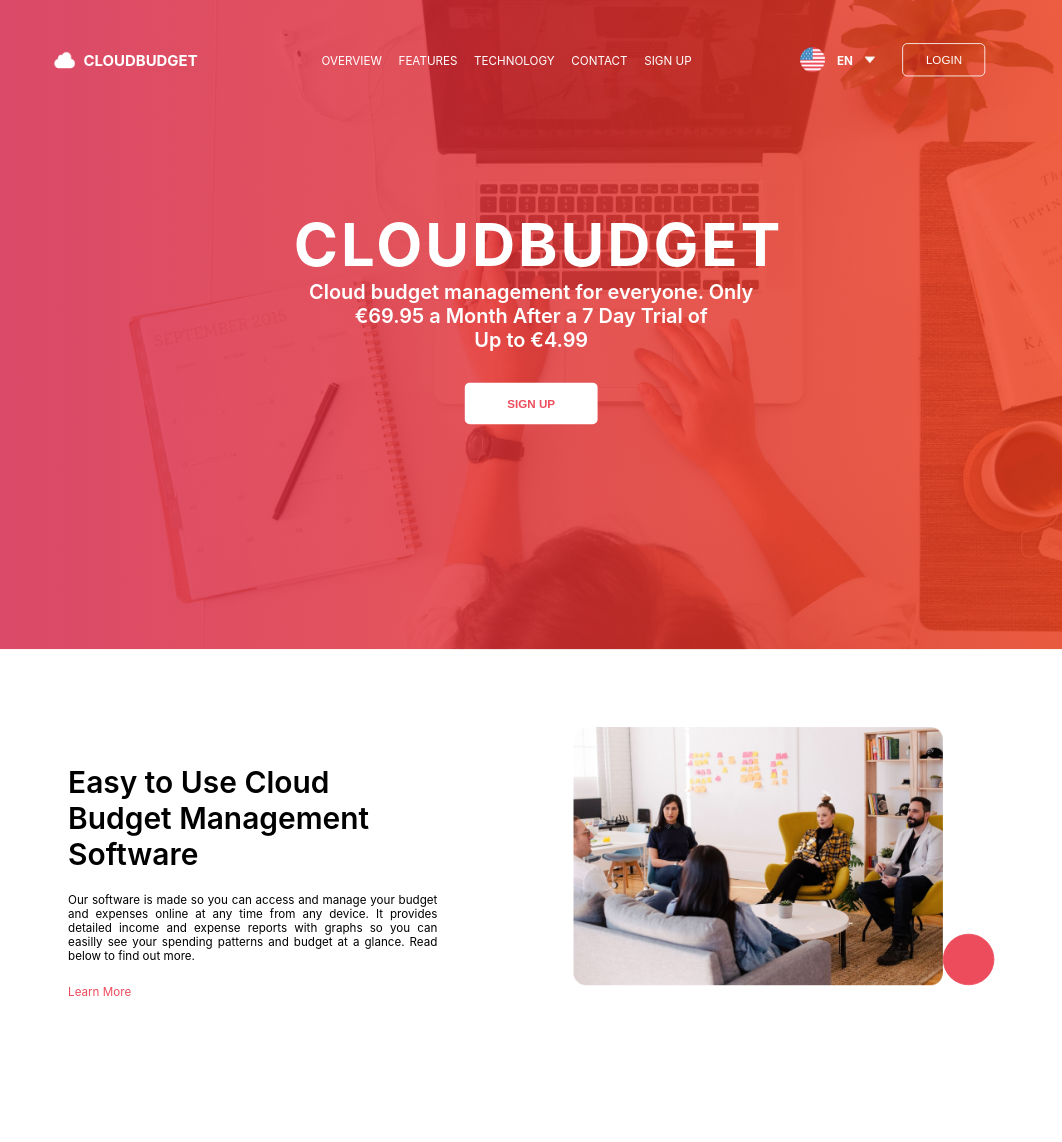
Repository: Ola-22/cloudBudget
Page: /
These files come from the project's save history. The page is drawn as it stood at one moment and after the next save; the edit follows.
The browser window is 1280 px wide. The pictures show the whole page, at 83% of full size.
The project was rebuilt for these pictures with package versions that can differ from the ones it lists, and the page was loaded fresh each time.

Above is the page before, as saved 2021-09-12 20:15:57.

### src/App.js
import "./App.css";
// import Navbar from "./components/Navbar";
// import MainContent from "./components/MainContent";
// import VideoSection from "./components/VideoSection";
import { Navbar, MainContent, VideoSection } from "./components/component-path";

function App() {
  return (
    <div className="App">
      <div
        className="app-main"
        style={{
          backgroundImage:
            "linear-gradient(90deg, rgba(213, 32, 71, 0.8) 0%, rgba(238, 61, 27, 0.8) 100%),url(/images/bg.png)",
          height: "782px",
        }}
      >
        <Navbar />
        <MainContent />
      </div>
      <VideoSection />
    </div>
  );
}

export default App;

### src/App.css
*{
  margin: 0;
  padding: 0;
  box-sizing: border-box;
}

.app-main{
  /* height: 782px; */
  background-position: center;
  background-repeat: no-repeat;
  background-size: cover;
  position: relative;
}

### src/Components/component-path.js
export { default as Navbar } from "./Navbar";
export { default as MainContent } from "./MainContent";
export { default as VideoSection } from "./VideoSection";
// export { default as MainContent } from "./";

### src/Components/Navbar/index.jsx
import "./style.scss";
import { Link, BrowserRouter as Router } from "react-router-dom";

function Navbar() {
  return (
    <div className="nav-main">
      <div className="nav-box">
        <img src="/images/Vector.png" alt="" />
        <h3>CLOUDBUDGET</h3>
      </div>
      <Router>
        <nav>
          <Link to="/">overview</Link>
          <Link to="/">features</Link>
          <Link to="/">technology</Link>
          <Link to="/">contact</Link>
          <Link to="/">sign up</Link>
        </nav>
      </Router>
      <div style={{ display: "flex", cursor: "pointer" }}>
        <div className="flag-box">
          <img src="/images/flag.png" alt="" />
          <h4>EN</h4>
          <img src="/images/vector2.png" alt="" />
        </div>
        <button>Login</button>
      </div>
    </div>
  );
}

export default Navbar;

### src/Components/MainContent/index.jsx
import "./style.css";

export default function MainContent() {
  return (
    <div className="main-content">
      <h1>CloudBudget</h1>
      <p>
        Cloud budget management for everyone. Only €69.95 a Month After a 7 Day
        Trial of
        <br /> Up to €4.99
      </p>
      <button>sign up</button>
    </div>
  );
}

### src/Components/VideoSection/index.jsx
import "./style.scss";

export default function VideoSection() {
  return (
    <div className="videoMain">
      <div className="video-content">
        <h2>Easy to Use Cloud Budget Management Software</h2>
        <p>
          Our software is made so you can access and manage your budget and
          expenses online at any time from any device. It provides detailed
          income and expense reports with graphs so you can easilly see your
          spending patterns and budget at a glance. Read below to find out more.
        </p>
        <a href="#">Learn More</a>
      </div>
      <div>
        <img src="/images/Video_bg.png" alt="" />
        <img src="/images/play.png" alt="" />
      </div>
    </div>
  );
}

### src/Components/Navbar/style.scss
@import "../../styles/variables.scss";

.nav-main{
  display: flex;
  align-items: center;
  justify-content: space-around;
  padding-top: 52px;
  & >nav{
    display: flex;
    & >a {
      margin-left: 20px;
      text-transform: uppercase;
      color: $whiteColor;
      font-size: 14px;
      text-decoration: none;
    }
  }

  & button{
    width: 100px;
    height: 40px;
    background-color: transparent;
    border-radius: 6px;
    border: 1px solid $whiteColor;
    font-size: 14px;
    text-transform: uppercase;
    color: $whiteColor;
    margin-inline-start: 28.81px;
    margin-inline-end: 28px;
  }
}

.nav-box{
  display: flex;
  // margin-left: 5%;
  & > h3{
    font-size: 18px;
    margin-left: 9.9px;
    color: white;
  }
}

.flag-box{
  display: flex;
  align-items: center;
  width: 96px;
  & > h4{
    font-size: 14px;
    color: $whiteColor;
    margin-inline-start: 13.81px;
    margin-inline-end: 13.81px;
  }
}

### src/Components/MainContent/style.css
.main-content {
  display: -webkit-box;
  display: -ms-flexbox;
  display: flex;
  -webkit-box-align: center;
      -ms-flex-align: center;
          align-items: center;
  -webkit-box-orient: vertical;
  -webkit-box-direction: normal;
      -ms-flex-direction: column;
          flex-direction: column;
  color: #ffffff;
  margin-top: 158px;
}

.main-content > h1 {
  font-size: 72px;
  text-transform: uppercase;
  margin-left: 18px;
  letter-spacing: 0.05em;
}

.main-content > p {
  font-size: 24px;
  width: 540px;
  height: 124px;
  font-weight: 600;
  overflow-wrap: break-word;
  text-align: center;
  margin: 0;
}

.main-content > button {
  background-color: #ffffff;
  border-radius: 6px;
  width: 160px;
  height: 50px;
  font-size: 14px;
  text-transform: uppercase;
  color: #ED4C5C;
  border: none;
  font-weight: 600;
  cursor: pointer;
}
/*# sourceMappingURL=style.css.map */

### src/Components/VideoSection/style.scss
@import "../../styles/variables.scss";

.videoMain{
  display: flex;
  justify-content: space-around;
  margin-top: 94px;
  height: 500px;

  & > div:last-of-type{
    position: relative;
    & img:last-of-type{
      border: 1px solid $btnColor;
      background-color: $btnColor;
      border-radius: 50%;
      padding: 30px;
      width: 18px;
    }
  }
}

.video-content{
  width: 445px;
  & > h2{
    font-size: 36px;
    line-height: 43px;
    margin-top: 46px;
    font-weight: 600;
  }
  & > p{
    font-size: 14px;
    text-align: justify;
    margin: 24px 0;
  }
  & > a{
    color: $btnColor;
    font-size: 14px;
    text-decoration: none;
  }
}

### src/styles/variables.scss
$whiteColor: #ffffff;
$blackColor: #000000;
$orangeColor: #EE3D1B;
$pinkColor: #D52047;
$btnColor: #ED4C5C;

Loaded but not shown: public/index.html (common file); src/index.js (common file); src/index.css (common file); src/reportWebVitals.js (common file)

After the next save:
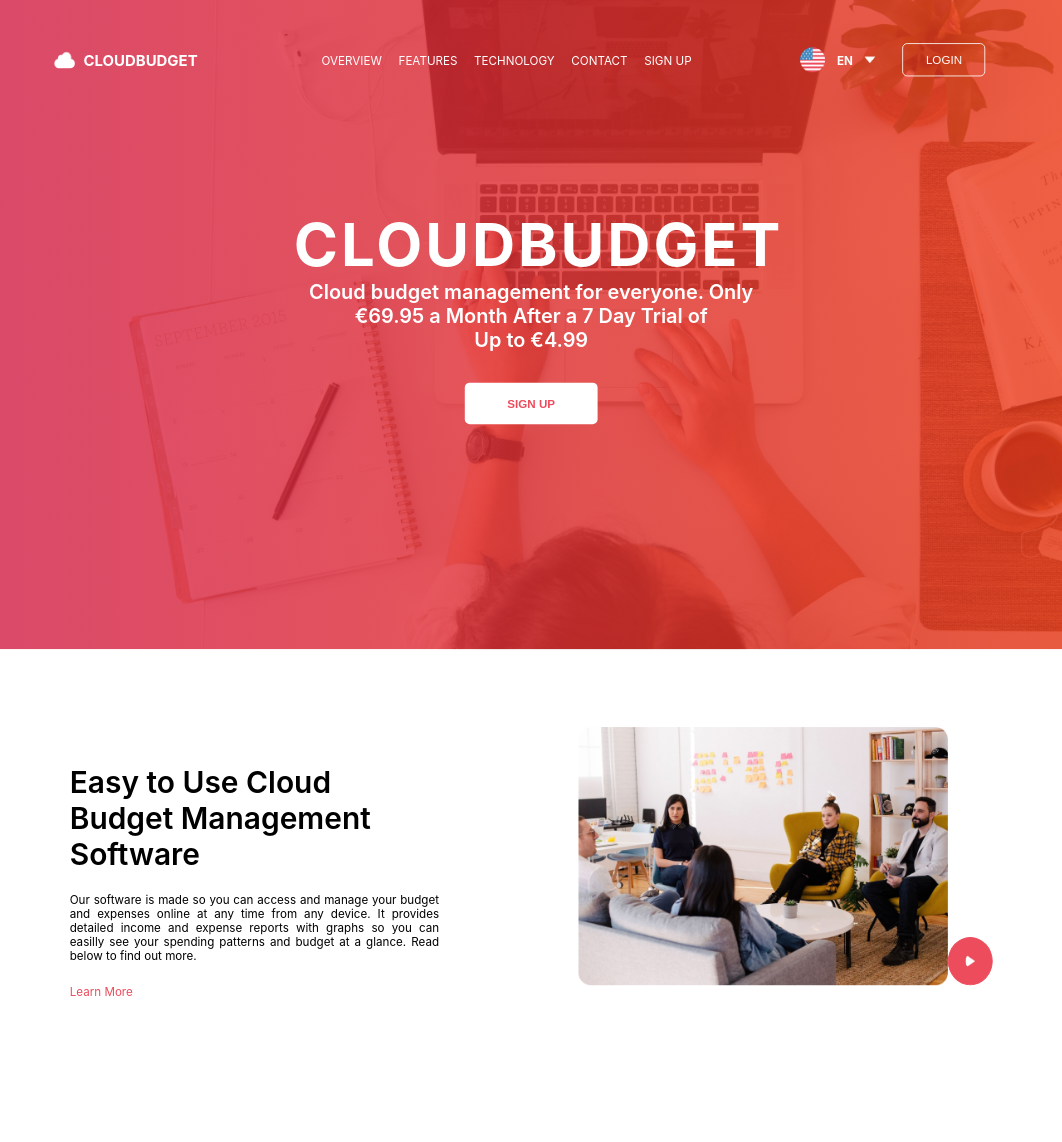
Saved 5 s later.
--- a/src/Components/VideoSection/style.scss
+++ b/src/Components/VideoSection/style.scss
@@ -12,8 +12,8 @@
       border: 1px solid $btnColor;
       background-color: $btnColor;
       border-radius: 50%;
-      padding: 30px;
-      width: 18px;
+      padding: 20px;
+      // width: 18px;
     }
   }
 }
